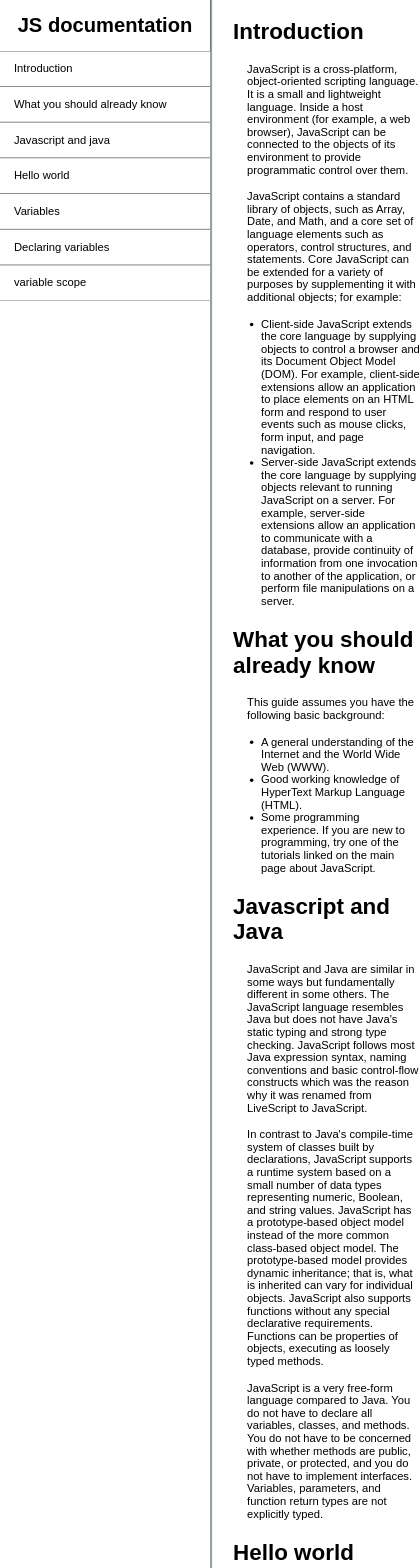
Repository: Pafestivo/Technical-documentation
Page: index.html
These files come from the project's save history. The page is drawn as it stood at one moment and after the next save; the edit follows.
The browser window is 600 px wide. The pictures show the part of the page from y = 0 to 2240 px (the page is 4521 px tall before and 3108 px after), at 70% of full size.

Above is the page before, as saved 2022-09-07 14:08:07.

### index.html
<!DOCTYPE html>
<html lang="en">
<head>
    <meta charset="UTF-8">
    <meta name="viewport" content="width=device-width, initial-scale=1.0">
    <link rel="stylesheet" href="styles.css">
    <title>Technical Documentation Page</title>
</head>
<body>
  <nav id="navbar">
    <header>
      <h1>JS documentation</h1>
    </header>
    <ul>
      <li><a id="nav-link" href="#introduction">Introduction</a></li>
      <li><a id="nav-link" href="#what_you_should_already_know">What you should already know</a></li>
      <li><a id="nav-link" href="#javascript_and_Java">Javascript and java</a></li>
      <li><a id="nav-link" href="#hello_world">Hello world</a></li>
      <li><a id="nav-link" href="#variables">Variables</a></li>
      <li><a id="nav-link" href="#declaring_variables">Declaring variables</a></li>
      <li><a id="nav-link" href="#variable_scope">variable scope</a></li>
    </ul>
  </nav>
  <main id="main-doc">
    <section id="introduction" class="main-section">
      <h1>Introduction</h1>

      <p>JavaScript is a cross-platform, object-oriented scripting language. It is a small and lightweight language. Inside a host environment (for example, a web browser), JavaScript can be connected to the objects of its environment to provide programmatic control over them.</p>

      <p>JavaScript contains a standard library of objects, such as Array, Date, and Math, and a core set of language elements such as operators, control structures, and statements. Core JavaScript can be extended for a variety of purposes by supplementing it with additional objects; for example:</p>

      <ul>
        <li>Client-side JavaScript extends the core language by supplying objects to control a browser and its Document Object Model (DOM). For example, client-side extensions allow an application to place elements on an HTML form and respond to user events such as mouse clicks, form input, and page navigation.</li>
        <li>Server-side JavaScript extends the core language by supplying objects relevant to running JavaScript on a server. For example, server-side extensions allow an application to communicate with a database, provide continuity of information from one invocation to another of the application, or perform file manipulations on a server.</li>
      </ul>
    </section>

    <section id="what_you_should_already_know" class="main-section">
        <h1>What you should already know</h1>

        <p>This guide assumes you have the following basic background:</p>

        <ul>
          <li>A general understanding of the Internet and the World Wide Web (WWW).</li>
          <li>Good working knowledge of HyperText Markup Language (HTML).</li>
          <li>Some programming experience. If you are new to programming, try one of the tutorials linked on the main page about JavaScript.</li>
        </ul>
      </section>

      <section id="javascript_and_Java" class="main-section">
        <h1>Javascript and Java</h1>

        <p>JavaScript and Java are similar in some ways but fundamentally different in some others. The JavaScript language resembles Java but does not have Java's static typing and strong type checking. JavaScript follows most Java expression syntax, naming conventions and basic control-flow constructs which was the reason why it was renamed from LiveScript to JavaScript.</p>

        <p>In contrast to Java's compile-time system of classes built by declarations, JavaScript supports a runtime system based on a small number of data types representing numeric, Boolean, and string values. JavaScript has a prototype-based object model instead of the more common class-based object model. The prototype-based model provides dynamic inheritance; that is, what is inherited can vary for individual objects. JavaScript also supports functions without any special declarative requirements. Functions can be properties of objects, executing as loosely typed methods.</p>

        <p>JavaScript is a very free-form language compared to Java. You do not have to declare all variables, classes, and methods. You do not have to be concerned with whether methods are public, private, or protected, and you do not have to implement interfaces. Variables, parameters, and function return types are not explicitly typed.</p>
      </section>

      <section id="hello_world" class="main-section">
        <h1>Hello world</h1>
        <p>To get started with writing JavaScript, open the Scratchpad and write your first "Hello world" JavaScript code:</p>

        <p>Code element is used to insert code to the page efficiently.</p>
        <code>
            function greetMe(yourName) { alert("Hello " + yourName); }
            greetMe("World");
        </code>
      </section>

      <section id="variables" class="main-section">
        <h1>Variables</h1>

        <p>You use variables as symbolic names for values in your application. The names of variables, called identifiers, conform to certain rules.</p>

        <p>A JavaScript identifier must start with a letter, underscore (_), or dollar sign ($); subsequent characters can also be digits (0-9). Because JavaScript is case sensitive, letters include the characters "A" through "Z" (uppercase) and the characters "a" through "z" (lowercase).</p>

        <p>You can use ISO 8859-1 or Unicode letters such as å and ü in identifiers. You can also use the Unicode escape sequences as characters in identifiers. Some examples of legal names are Number_hits, temp99, and _name.</p>
      </section>

      <section id="declaring_variables" class="main-section">
        <h1>Declaring Variables</h1>

        <p>You can declare a variable in three ways:</p>

        <p>With the keyword var. For example,</p>
        <code>
            var x = 42.
        </code>

        <p>This syntax can be used to declare both local and global variables.</p>

        <p>By simply assigning it a value. For example,</p>
        <code>
            x = 42.
        </code>

        <p>This always declares a global variable. It generates a strict JavaScript warning. You shouldn't use this variant.</p>

        <p>With the keyword let. For example,</p>
        <code>
            let y = 13.
        </code>

        <p>This syntax can be used to declare a block scope local variable. See Variable scope below.</p>
      </section>

      <section id="variable_scope" class="main-section">
        <h1>Variables scope</h1>

        <p>When you declare a variable outside of any function, it is called a global variable, because it is available to any other code in the current document. When you declare a variable within a function, it is called a local variable, because it is available only within that function.</p>

        <p>JavaScript before ECMAScript 2015 does not have block statement scope; rather, a variable declared within a block is local to the function (or global scope) that the block resides within. For example the following code will log 5, because the scope of x is the function (or global context) within which x is declared, not the block, which in this case is an if statement.</p>
        <code>
            if (true) { var x = 5; } console.log(x); // 5
        </code>

        <p>This behavior changes, when using the let declaration introduced in ECMAScript 2015.</p>
        <code>
            if (true) { let y = 5; } console.log(y); // ReferenceError: y is
not defined
        </code>
  </main>

</body>
</html>

### styles.css
html {
  box-sizing: border-box;
  scroll-behavior: smooth;
}

body {
  font-family: sans-serif;
  display: flex;
  padding: 0;
  margin: 0;
  min-width: 290px;
}

/* Navigation bar  */
#navbar {
  border-right: solid;
  border-color: rgba(0, 22, 22, 0.4);
  min-width: 300px;
}

#navbar header {
  margin: -1px;
}

#navbar header h1{
  margin: 0;
  padding: 20px;
  font-size: 1.8rem;
  border: 1px solid rgba(0, 22, 22, 0.4);
  text-align: center;
}

#navbar ul {
  list-style: none;
  height: 90%;
  margin: 0;
  padding: 0;
  overflow-y: auto;
  overflow-x: hidden;
}

#navbar ul li {
  margin: -1px;
}

#navbar ul a {
  /* used flex to align the text vertically. */
  display: flex;
  align-items: center;
  text-decoration: none;
  color: #000;
  height: 50px;
  padding-left: 20px;
  border: 1px solid rgba(0, 22, 22, 0.4);
}

#navbar ul a:hover {
  transform: scale(1.01);
  border-color: transparent;
}
/* Navigation bar end  */

/* Main area */
#main-doc {
  margin-left: 30px;
}

#main-doc h1 {
  font-size: 2rem;
}

p {
  margin-bottom: 20px;
  margin-left: 20px;
}

code {
  display: block;
  background-color: #f7f7f7;
  padding: 15px;
  margin: 10px;
}
/* Main area end */

After the next save:
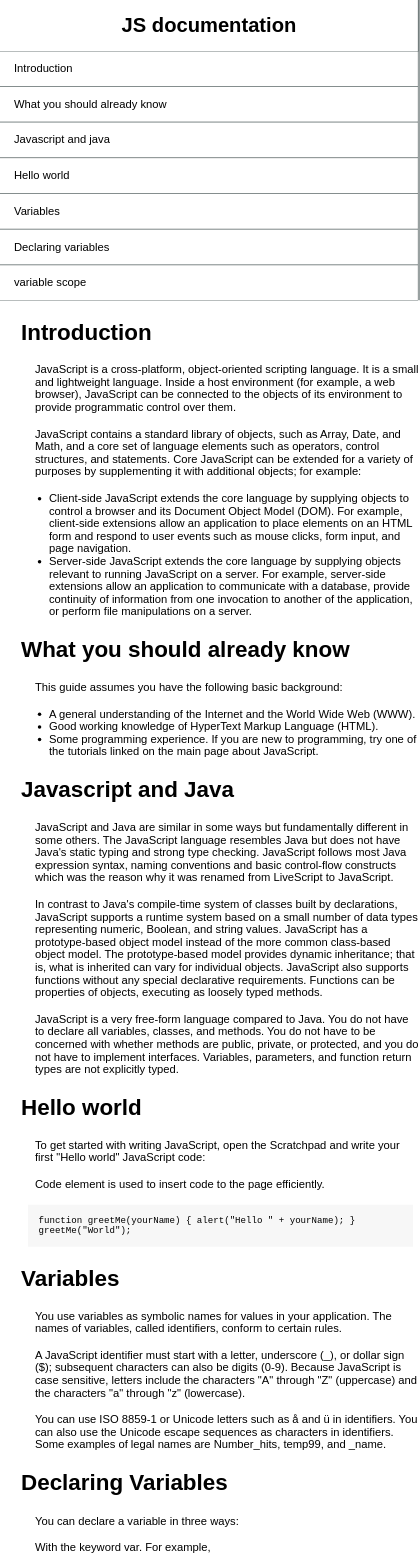
Saved 6 min 41 s later.
--- a/styles.css
+++ b/styles.css
@@ -9,6 +9,12 @@ body {
   padding: 0;
   margin: 0;
   min-width: 290px;
+}
+
+@media (max-width: 700px) {
+  body {
+    display: block;
+  }
 }
 
 /* Navigation bar  */
